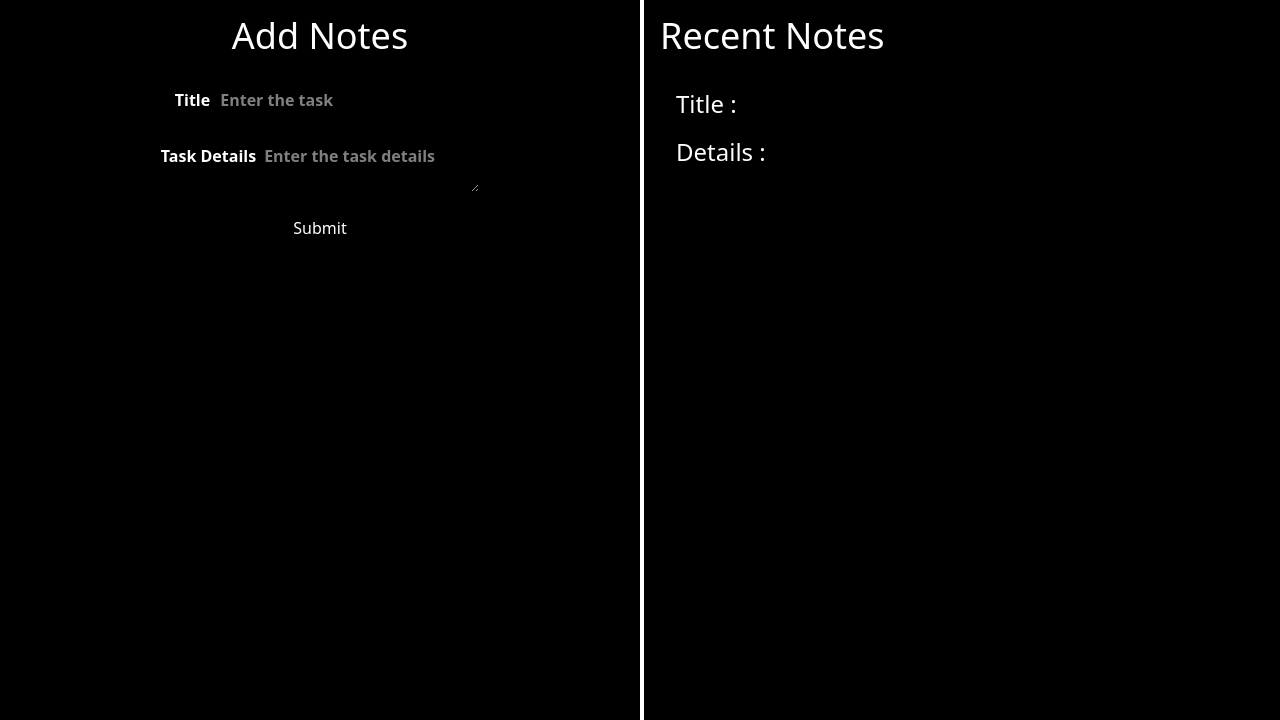
Repository: ajay-maurya-dev/notes
Page: /
The author's editor kept a copy of each file at every save. The page is drawn from the files as they stood at one save, then again after a run of saves.
The browser window is 1280 px wide. The pictures show the whole page.
The project was rebuilt for these pictures with package versions that can differ from the ones it lists, and the page was loaded fresh each time. Also part of the build but not shown: vite.config.js.

Above is the page before, as saved 2026-09-24 08:48:32.

### index.html
<!doctype html>
<html lang="en">
  <head>
    <meta charset="UTF-8" />
    <link rel="icon" type="image/svg+xml" href="/favicon.svg" />
    <meta name="viewport" content="width=device-width, initial-scale=1.0" />
    <title>funtion</title>
  </head>
  <body>
    <div id="root"></div>
    <script type="module" src="/src/main.jsx"></script>
  </body>
</html>

### src/App.jsx
import { useState } from "react"


const App = () => {

  const [Title, setTitle] = useState("")
  const [Details, setDetails] = useState("")
  const [task, setTask] = useState([])

  const handleSubmit = (e) => {
    e.preventDefault()
    const copyTask = [...task];
    copyTask.push({Title,Details})

    setTask(task)

    setTitle("")
    setDetails("")
  }
  return (
    <div className="flex h-screen bg-black text-white">
      <form className="flex flex-col items-center gap-6 border-none w-1/2 h-full shadow-md/10 p-4 shadow-olive-100" onSubmit={(e) => {
        handleSubmit(e)
      }}>
    <h1 className="text-4xl">Add Notes</h1>
        <label className="flex gap-2.5 font-bold p-2 bg-transparent">
          Title
          <input
            type="text"
            className="outline-none"
            placeholder="Enter the task"
            value={Title}
            onChange={(e) => {
              setTitle(e.target.value)
            }}
            name=""
            id="" />
        </label>
        <label className="flex font-bold gap-2">
          Task Details
          <textarea
            placeholder="Enter the task details"
            className="flex justify-center items-center outline-none"
            type="text"
            value={Details}
            name=""
            onChange={(e) => {
              setDetails(e.target.value)
            }}
            id="" />
        </label>
        <button className="border-none hover:bg-cyan-300 rounded-4xl px-4 active:scale-95" type="submit">Submit</button>
      </form>
      <div className="flex flex-col h-full p-4 w-1/2 border-l-4 overflow-x-auto">
        <h1 className="text-4xl">Recent Notes</h1>
        <div className="flex flex-wrap gap-4">
          <div className="flex flex-col gap-4 mt-4 h-80 flex-wrap w-70 p-4 text-white">
            <h1 className="text-2xl">Title : {Title}</h1>
            <p className="text-2xl">Details : {Details}</p>
          </div>
        </div>

      </div>
    </div>
  )
}

export default App

Loaded but not shown: src/main.jsx (common file); src/index.css (common file)

After the next 5 saves:
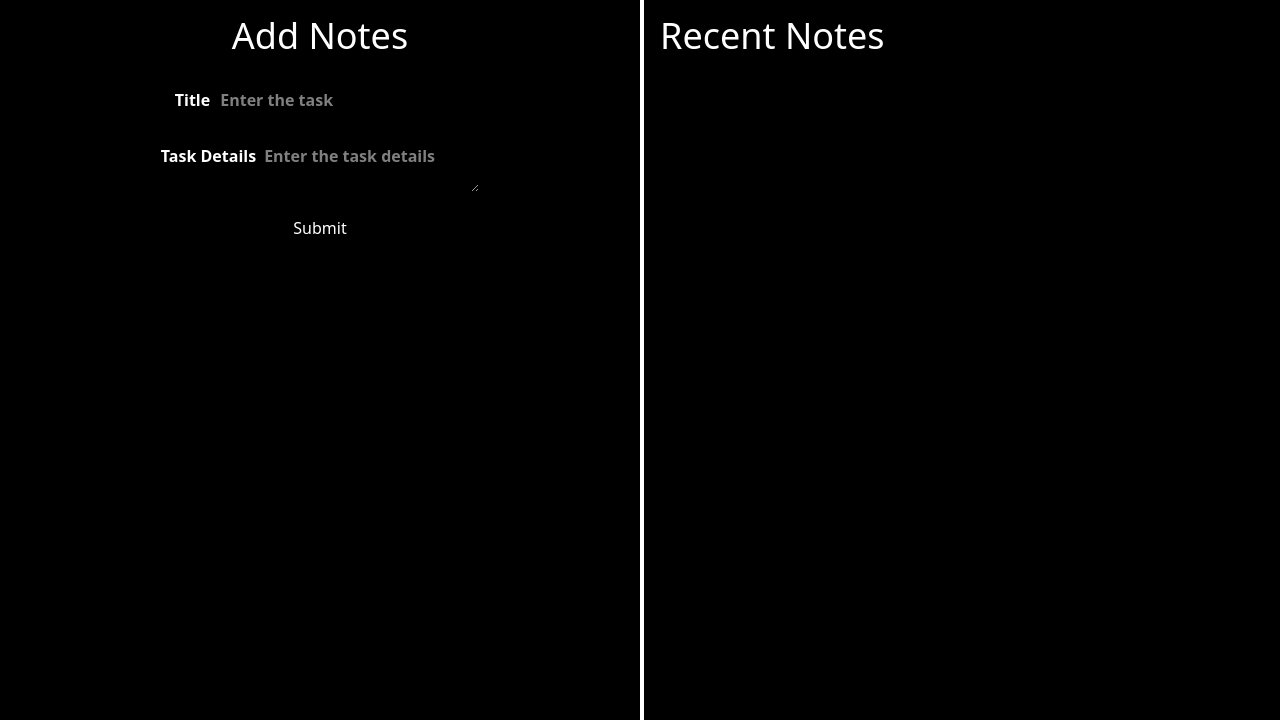
The 5 saves are shown as one change because they came seconds apart.
The last was saved 3 min 26 s later.
--- a/src/App.jsx
+++ b/src/App.jsx
@@ -55,8 +55,8 @@ const App = () => {
         <h1 className="text-4xl">Recent Notes</h1>
         <div className="flex flex-wrap gap-4">
           <div className="flex flex-col gap-4 mt-4 h-80 flex-wrap w-70 p-4 text-white">
-            <h1 className="text-2xl">Title : {Title}</h1>
-            <p className="text-2xl">Details : {Details}</p>
+            {
+            }
           </div>
         </div>
 
